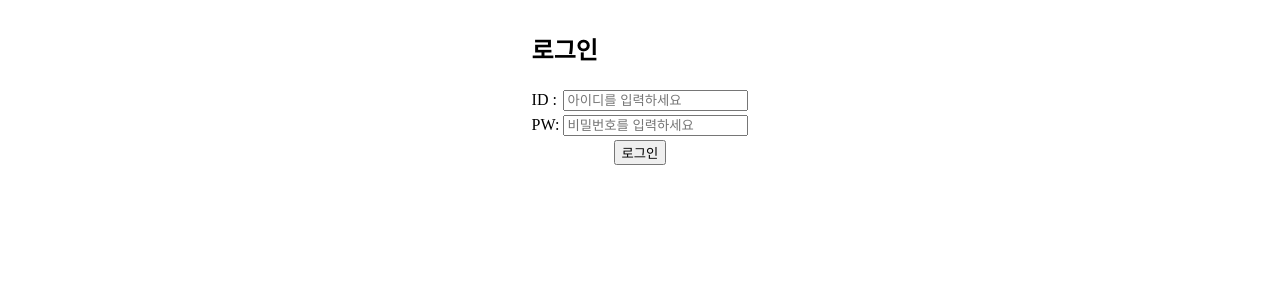
Repository: umhayun/myJSP
Page: HTML/src/main/webapp/login.html
These files come from the project's save history. The page is drawn as it stood at one moment and after the next save; the edit follows.
The browser window is 1280 px wide. The pictures show the whole page.

Above is the page before, as saved 2022-01-18 01:39:21.

### HTML/src/main/webapp/login.html
<!DOCTYPE html>
<html>
<head>
<meta charset="UTF-8">
<title>Insert title here</title>
</head>
<body>
<table align=center>
<form action="">
<tr>
<td colspan=2><h2>로그인</h2></td>
</tr>
<tr>
<td>ID : </td>
<td><input type="text" placeholder="아이디를 입력하세요"></td>
</tr>
<tr>
<td>PW: </td>
<td><input type="password" placeholder="비밀번호를 입력하세요"></td>
</tr>
<tr>
<td colspan=2 align=center><input type=submit value="로그인"></td>
</tr>
</form>
</table>
</body>
</html>

After the next save:
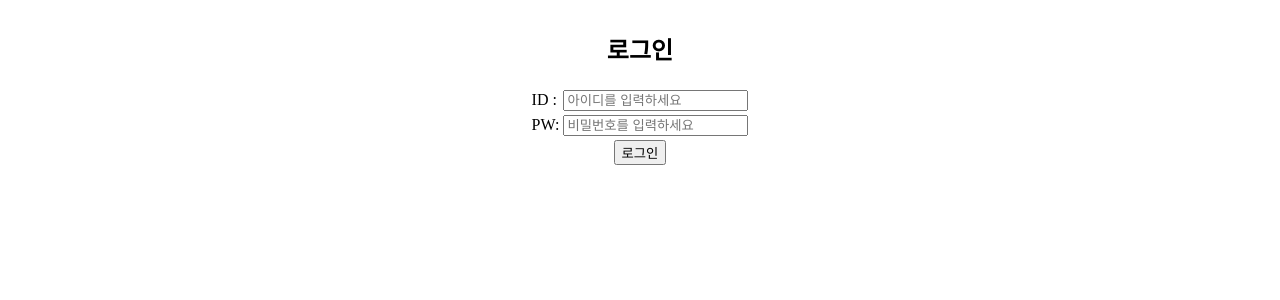
Saved 9 s later.
--- a/HTML/src/main/webapp/login.html
+++ b/HTML/src/main/webapp/login.html
@@ -8,7 +8,7 @@
 <table align=center>
 <form action="">
 <tr>
-<td colspan=2><h2>로그인</h2></td>
+<td colspan=2 align=center><h2>로그인</h2></td>
 </tr>
 <tr>
 <td>ID : </td>
